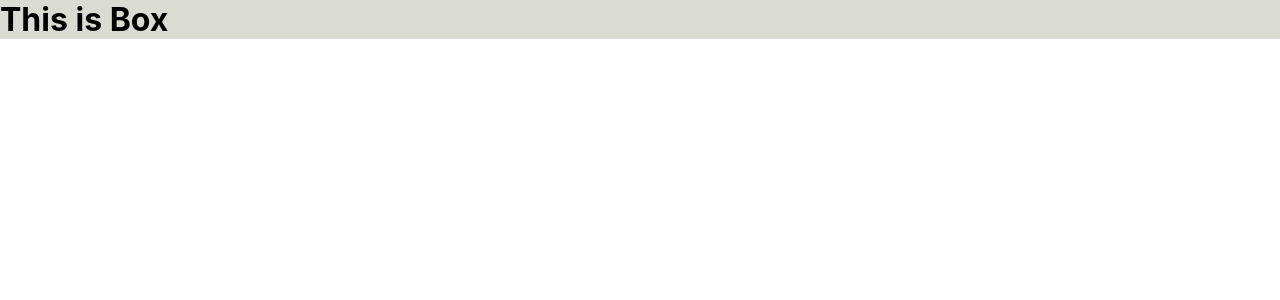
Repository: Prafullkuma/whatsappclon
Page: /
These files come from the project's save history. The page is drawn as it stood at one moment and after the next save; the edit follows.
The browser window is 1280 px wide. The pictures show the whole page.
The project was rebuilt for these pictures with package versions that can differ from the ones it lists, and the page was loaded fresh each time.

Above is the page before, as saved 2020-08-19 09:39:52.

### src/App.js
import React from 'react';
import './App.css';

function App() {
  return (
    <div className="app">
      <div classNmae="app__body">
        <h1> This is Box</h1>
      </div>
    </div>
  );
}

export default App;

### src/App.css
.app{
  background-color: #dadbd3;

}
.app__body{
  height: 90vh;
  width: 80vh;
  box-shadow:red;
}

Loaded but not shown: public/index.html (common file); src/index.js (common file); src/index.css (common file)

After the next save:
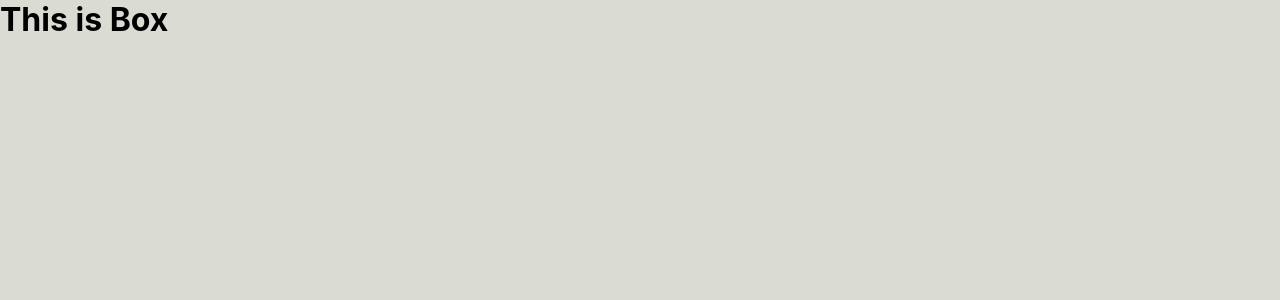
Saved 32 s later.
--- a/src/App.css
+++ b/src/App.css
@@ -1,9 +1,6 @@
 .app{
   background-color: #dadbd3;
-
+  height: 100vh;
 }
 .app__body{
-  height: 90vh;
-  width: 80vh;
-  box-shadow:red;
 }
